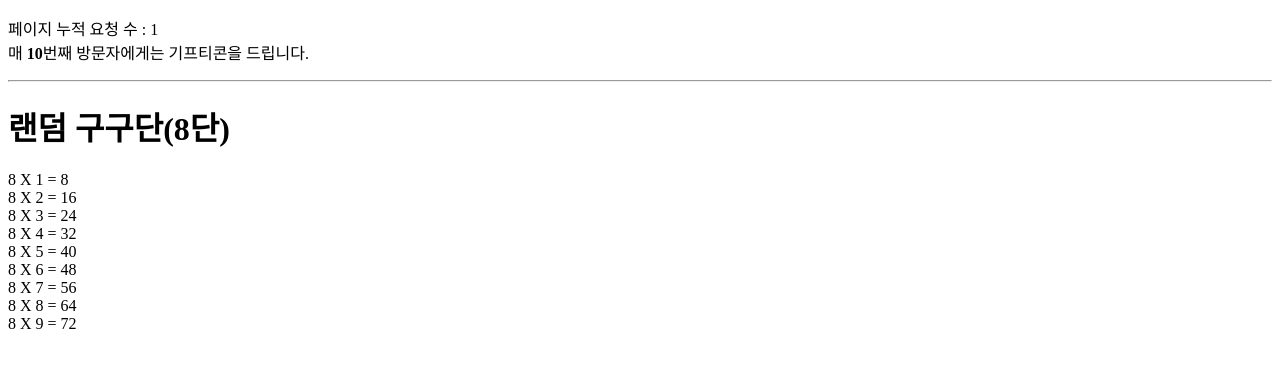
Repository: HeeMang28/jsp
Page: http://localhost/JSPBasic/jsptag/tag_quiz02.jsp
An editor plug-in stored every save of this project. The page is shown before and after the next save, followed by the edit.
The browser window is 1280 px wide. The pictures show the whole page.
The page is served by Tomcat 9. Other server files are loaded and not shown.

Above is the page before, as saved 2022-03-23 10:21:55.

### JSPBasic/src/main/webapp/jsptag/tag_quiz02.jsp
<%@ page language="java" contentType="text/html; charset=UTF-8"
    pageEncoding="UTF-8"%>
<!DOCTYPE html>
<html>
<head>
<meta charset="UTF-8">
<title>Insert title here</title>
</head>
<body>
<%!
	int total = 0;

%>
<% total++;
		int num = (int)(Math.random() * 10) + 1;
%>

	<p>
 	페이지 누적 요청 수 : <%= total %><br/>
 	매 <b>10</b>번째 방문자에게는 기프티콘을 드립니다.<br>
 	<%if(total % 10 == 0){ %>
 		당첨되셨습니다!!
 	<% } %>
	</p>
	<hr/>

	<h1>랜덤 구구단(<%= num %>단)</h1>
	<%	for(int i = 1; i <= 9; i++){ %>
		<%= num %> X <%= i %> = <%= num * i %><br>
	<% }%>
</body>
</html>

After the next save:
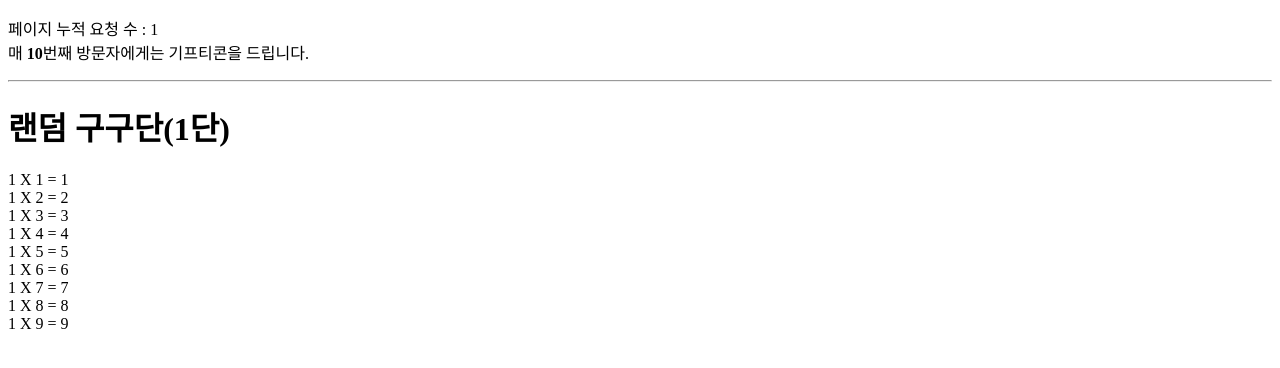
Saved 69 s later.
--- a/JSPBasic/src/main/webapp/jsptag/tag_quiz02.jsp
+++ b/JSPBasic/src/main/webapp/jsptag/tag_quiz02.jsp
@@ -12,7 +12,7 @@
 
 %>
 <% total++;
-		int num = (int)(Math.random() * 10) + 1;
+		int num = (int)(Math.random()) + 1;
 %>
 
 	<p>

After the save that followed:
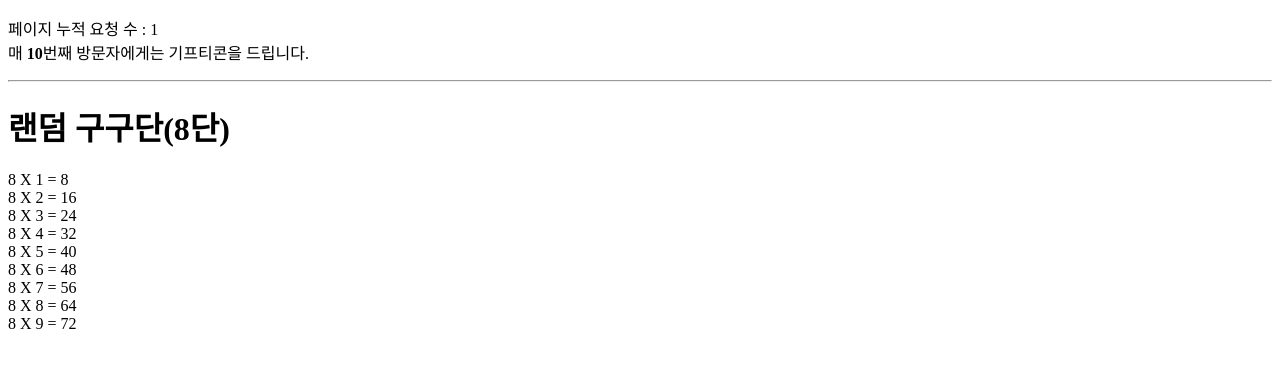
Saved 11 s later.
--- a/JSPBasic/src/main/webapp/jsptag/tag_quiz02.jsp
+++ b/JSPBasic/src/main/webapp/jsptag/tag_quiz02.jsp
@@ -12,7 +12,7 @@
 
 %>
 <% total++;
-		int num = (int)(Math.random()) + 1;
+		int num = (int)(Math.random() * 10) + 1;
 %>
 
 	<p>
